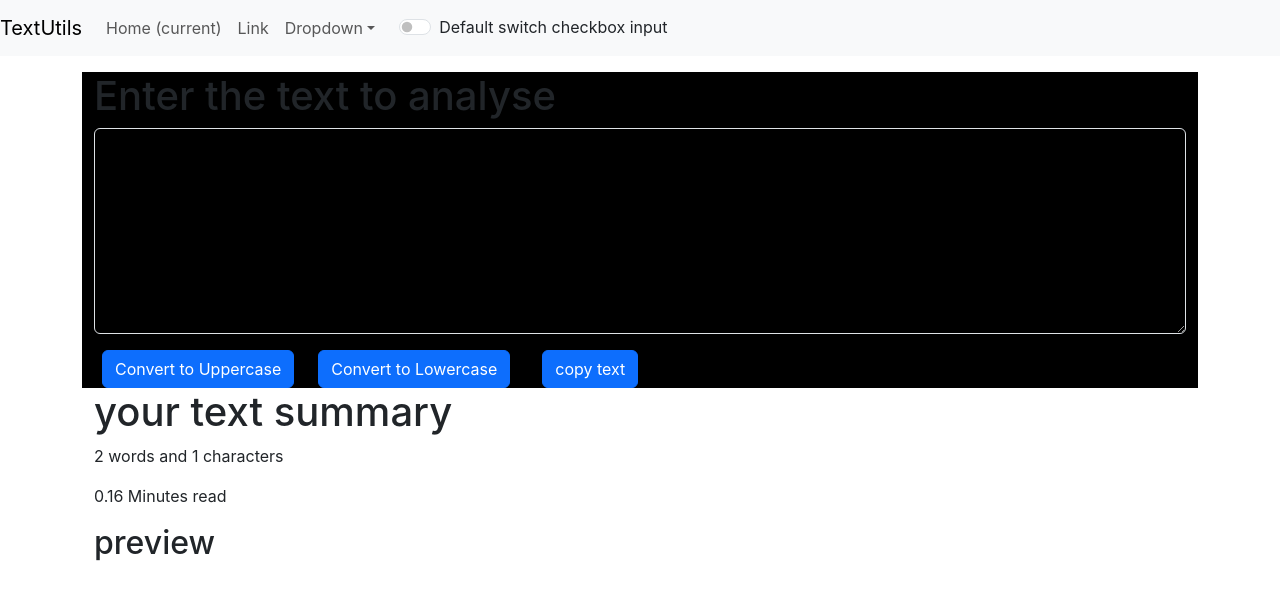
Repository: Aastha1035/React.navbar
Page: /
An editor plug-in stored every save of this project. The page is shown before and after the next save, followed by the edit.
The browser window is 1280 px wide. The pictures show the whole page.
The project was rebuilt for these pictures with package versions that can differ from the ones it lists, and the page was loaded fresh each time. Also part of the build but not shown: src/App.css.

Above is the page before, as saved 2024-07-18 01:04:58.

After the next save:
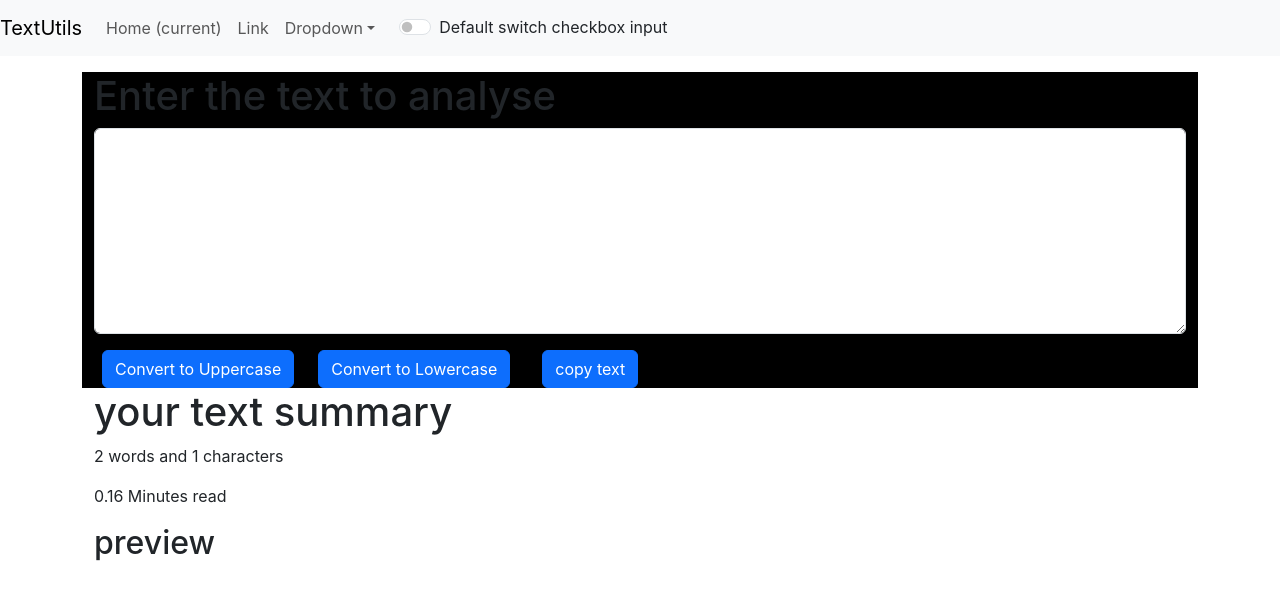
Saved 53 s later.
--- a/src/components/Textform.js
+++ b/src/components/Textform.js
@@ -26,7 +26,7 @@ export default function Textform(props) {
     <div className="container" style={{backgroundColor: props.mode === 'dark'?'white':'black'}} >
        <h1>{props.heading}</h1>
        <div className="mb-3">
-       <textarea className="form-control" value={text} onChange={handleOnchange} style={{backgroundColor: props.mode === 'dark'?'white':'black'}} id="myBox" rows="8"></textarea>
+       <textarea className="form-control" value={text} onChange={handleOnchange} style={{backgroundColor: props.mode === 'dark'?'grey':'white'}} id="myBox" rows="8"></textarea>
     </div>
     <button className="btn btn-primary mx-2" onclick={handleUpclick}>Convert to  Uppercase</button>
     <button className="btn btn-primary mx-3" onclick={handleLoclick}>Convert to  Lowercase</button>
